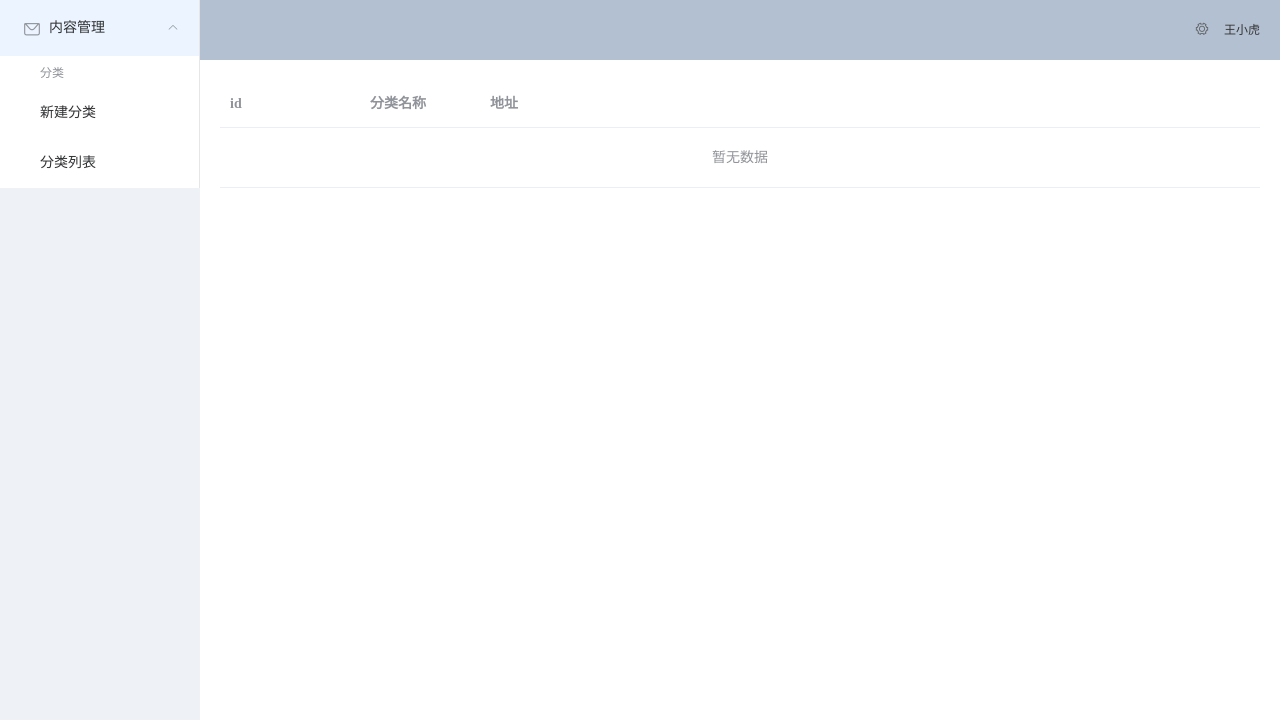
Repository: fish-zmy/wangzherongyao
Page: /#/categories/list (app in admin/)
An editor plug-in stored every save of this project. The page is shown before and after the next save, followed by the edit.
The browser window is 1280 px wide. The pictures show the whole page.
The project was rebuilt for these pictures with package versions that can differ from the ones it lists, and the page was loaded fresh each time. Also part of the build but not shown: admin/vue.config.js, admin/src/views/CategoryEdit.vue. Imported but missing from the stored project, and not drawn on this page: admin/src/views/Home.vue.

Above is the page before, as saved 2020-06-16 17:07:56.

After the next save:
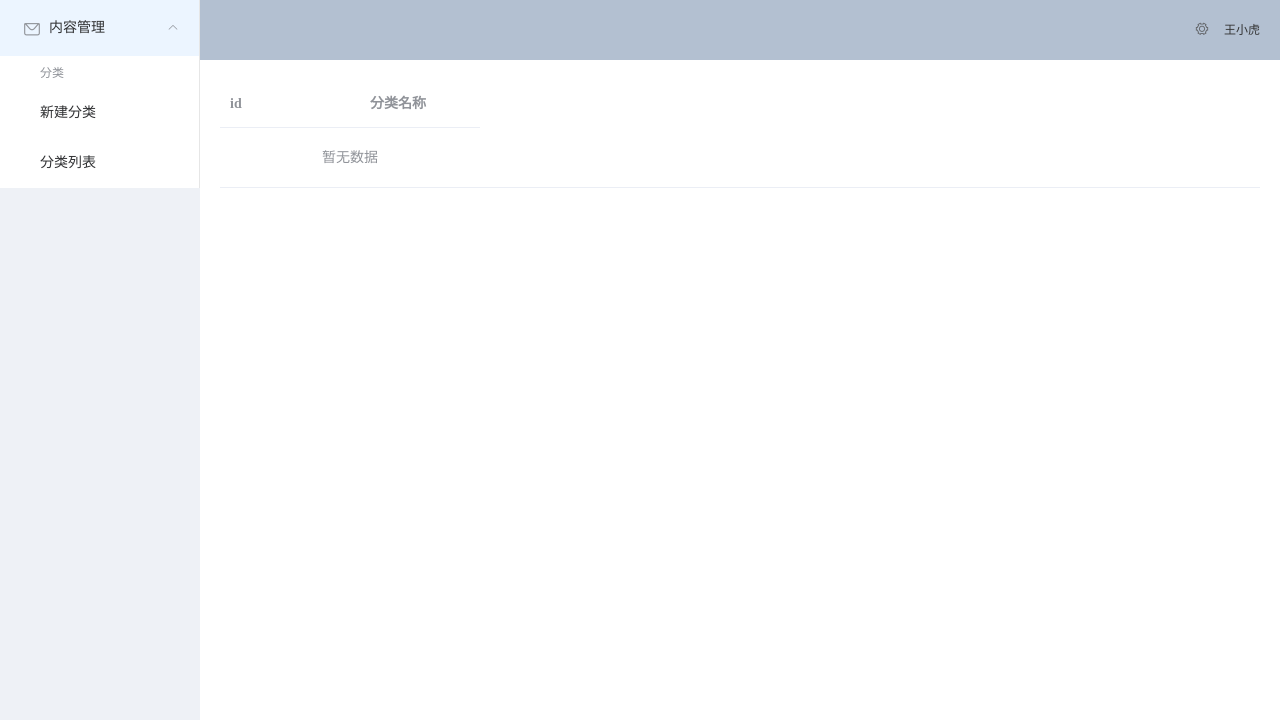
Saved 9 s later.
--- a/admin/src/views/CategoryList.vue
+++ b/admin/src/views/CategoryList.vue
@@ -4,8 +4,6 @@
         <el-table-column prop="_id" label="id" width="140">
         </el-table-column>
         <el-table-column prop="name" label="分类名称" width="120">
-        </el-table-column>
-        <el-table-column prop="address" label="地址">
         </el-table-column>
       </el-table>
   </div>
